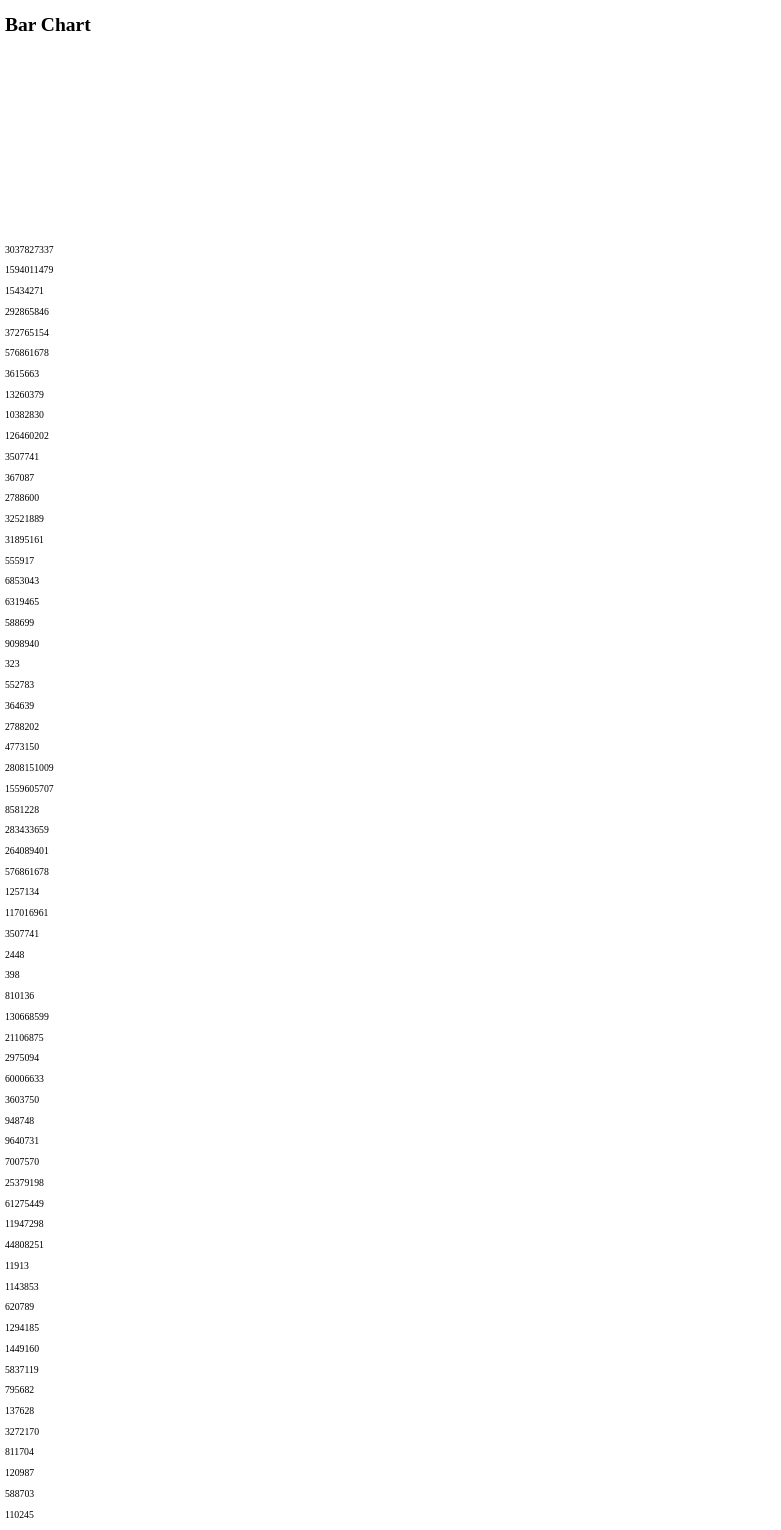
Repository: komalharjani/d3js-visualisation
Page: index.html
The author's editor kept a copy of each file at every save. The page is drawn from the files as they stood at one save, then again after the next save.
The browser window is 1280 px wide. The pictures show the whole page, at 61% of full size.

Above is the page before, as saved 2020-04-29 14:35:45.

After the next save:
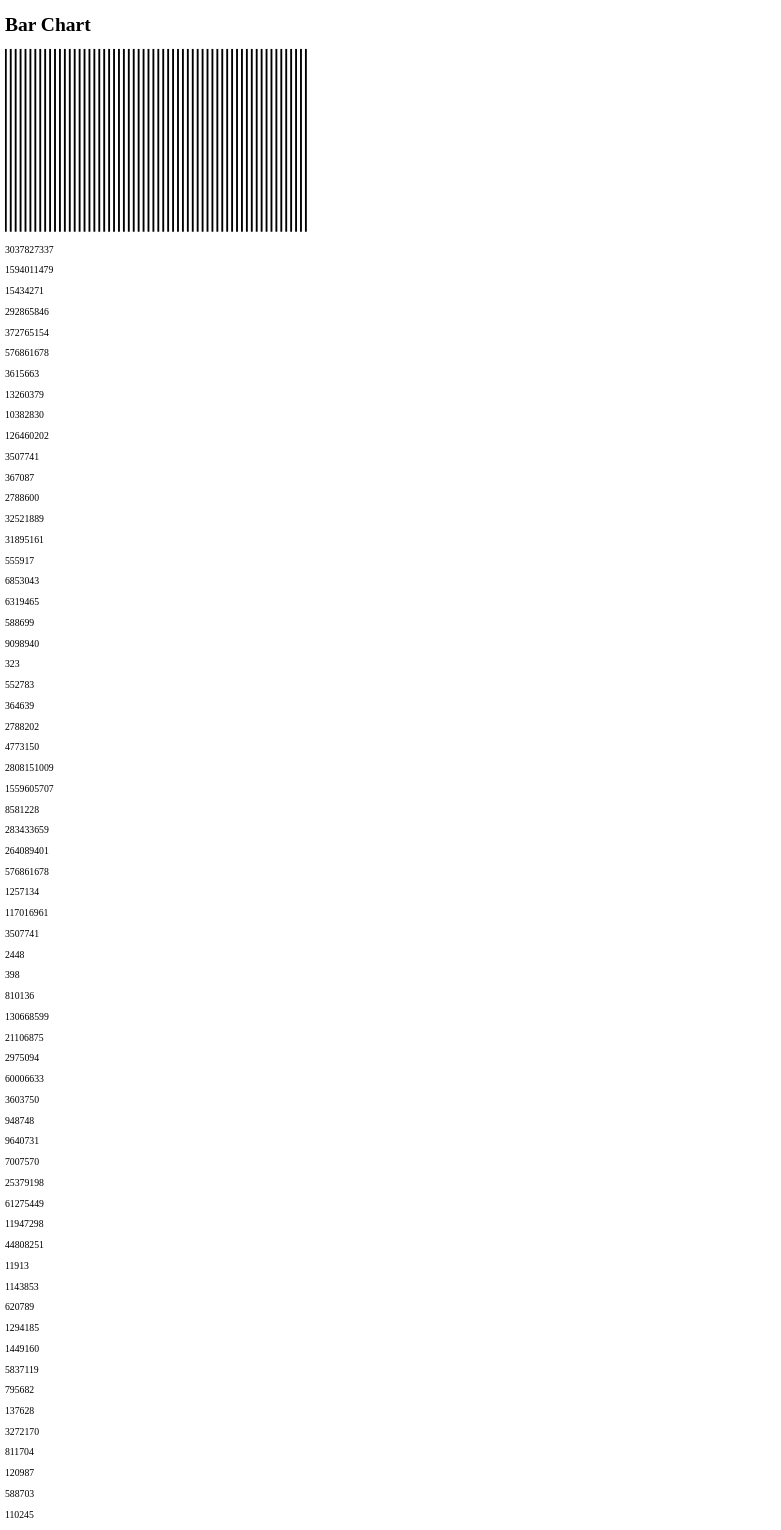
Saved 14 s later.
--- a/index.js
+++ b/index.js
@@ -42,7 +42,7 @@
                         return svgHeight - d;
                 })
                 .attr("height", function(d){
-                        return d;
+                        return d.amount;
                 })
                 .attr("width", barwidth - barPadding)
                 .attr("transform",function(d,i){
